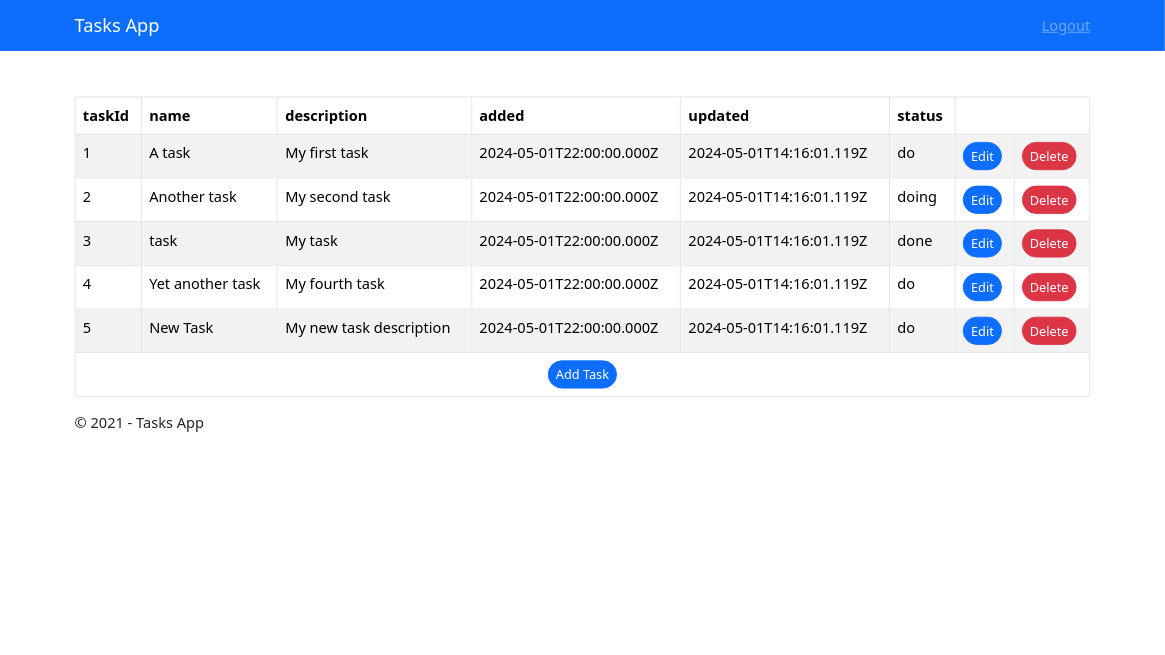
Repository: trider/react-task-manager
Page: /#/tasks
The author's editor kept a copy of each file at every save. The page is drawn from the files as they stood at one save, then again after the next save.
The browser window is 1280 px wide. The pictures show the whole page, at 91% of full size.
The project was rebuilt for these pictures with package versions that can differ from the ones it lists, and the page was loaded fresh each time. Also part of the build but not shown: src/App.css, src/data/_Users.js, src/pages/Login.js.

Above is the page before, as saved 2024-05-07 17:41:54.

After the next save:
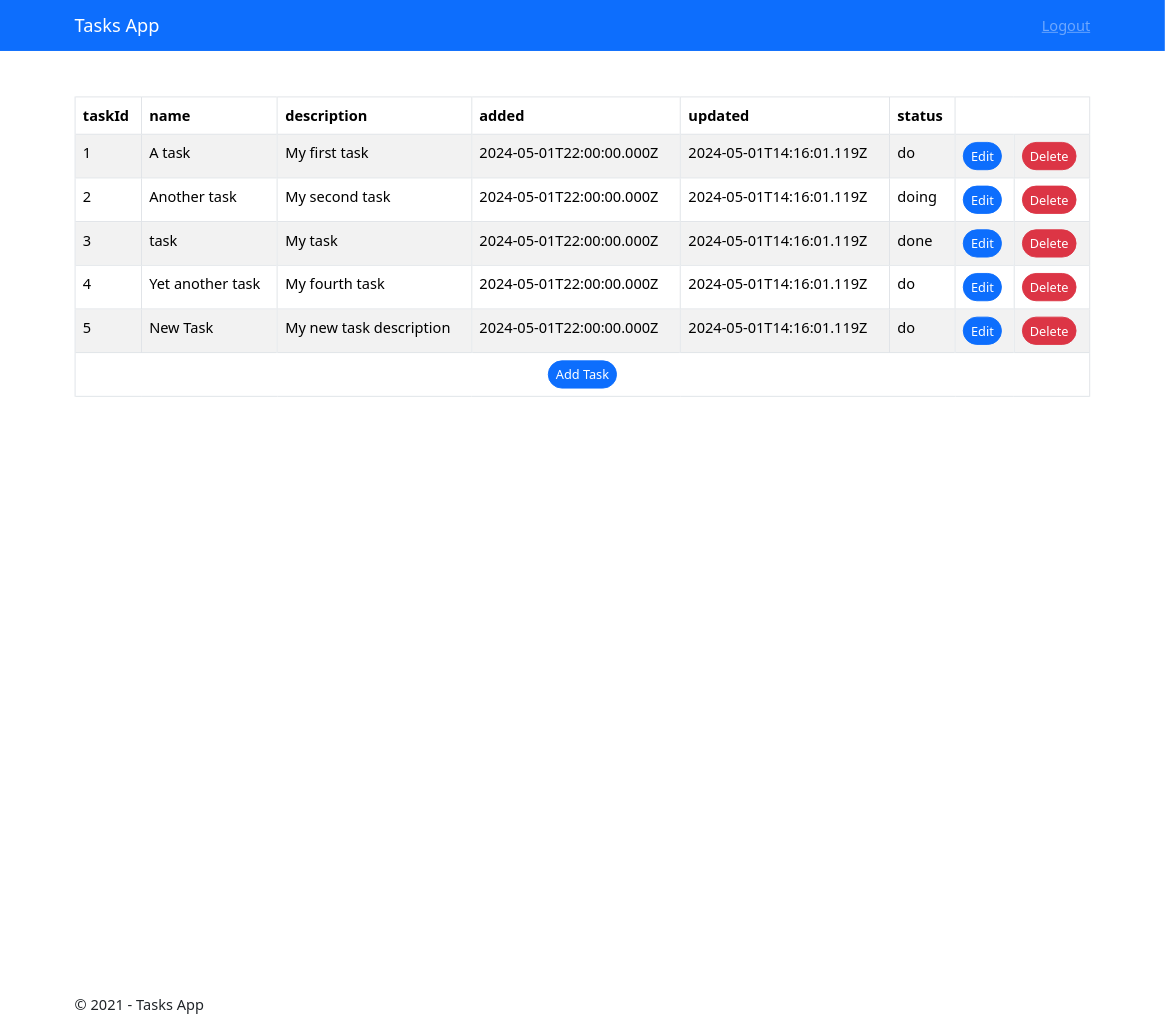
Saved 20 s later.
--- a/src/components/Footer.js
+++ b/src/components/Footer.js
@@ -4,7 +4,7 @@ import Container from 'react-bootstrap/Container';
 const Footer = () => {
   return (
     <footer>
-      <Container style={{verticalAlign:'bottom'}}>
+      <Container style={{paddingTop:'50%'}}>
         <p>&copy; 2021 - Tasks App</p>
       </Container>
     </footer>
